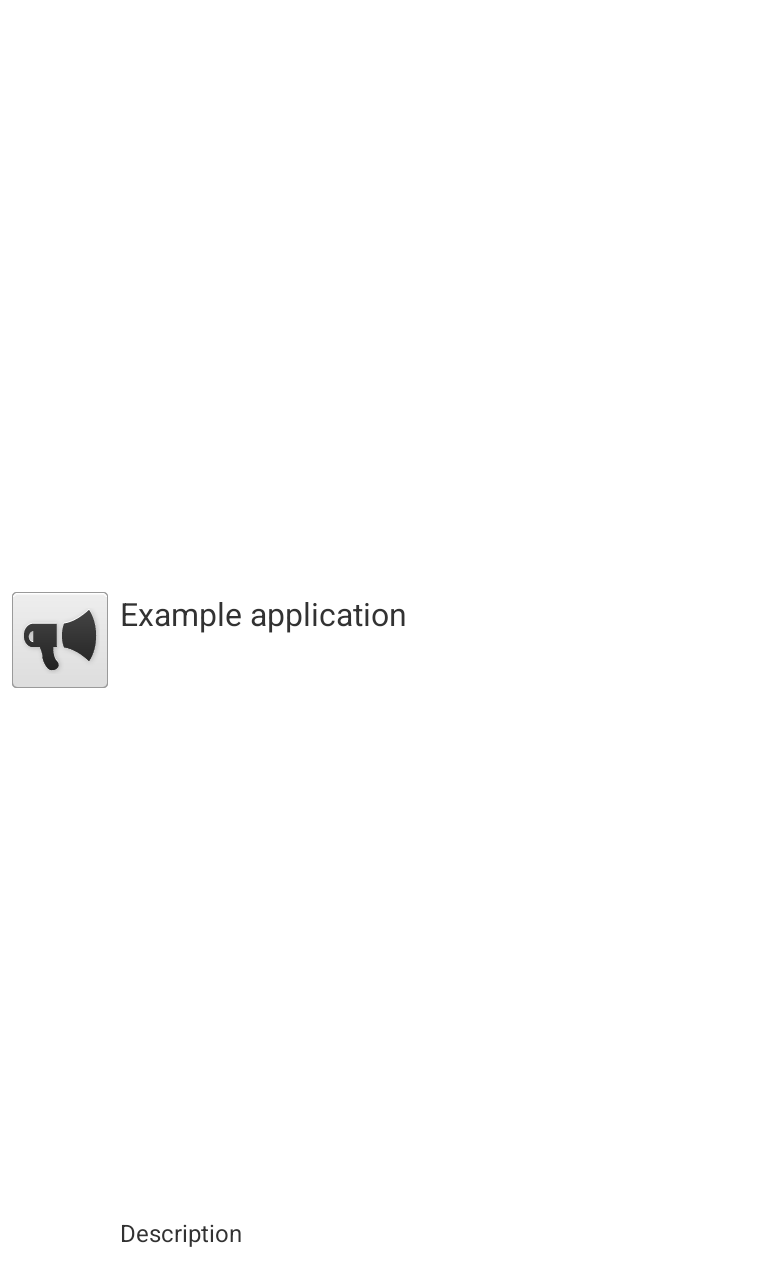
Repository: DeKaaskop/Android_1
Layout: Blogger_Inholland/res/layout/blog_listitem.xml
The author's editor kept a copy of each file at every save. The layout is drawn from the files as they stood at one save, then again after the next save.
It is drawn on a 768 x 1280 px phone screen (xhdpi) without system bars, with theme AppTheme; the app's code is not run.

Above is the layout before, as saved 2015-01-26 22:08:17.

### Blogger_Inholland/res/layout/blog_listitem.xml
<RelativeLayout xmlns:android="http://schemas.android.com/apk/res/android"
    android:layout_width="fill_parent"
    android:layout_height="?android:attr/listPreferredItemHeight"
    android:padding="6dip" >

    <ImageView
        android:id="@+id/blog_listitem_image"
        android:layout_width="wrap_content"
        android:layout_height="fill_parent"
        android:layout_alignParentBottom="true"
        android:layout_alignParentTop="true"
        android:layout_marginRight="6dip"
        android:contentDescription="@string/image_description"
        android:src="@drawable/ic_launcher" />

    <TextView
        android:id="@+id/blog_listitem_description"
        android:layout_width="fill_parent"
        android:layout_height="wrap_content"
        android:layout_above="@id/blog_listitem_title"
        android:layout_alignParentRight="true"
        android:layout_alignParentTop="true"
        android:layout_alignWithParentIfMissing="true"
        android:layout_toRightOf="@id/blog_listitem_image"
        android:gravity="center_vertical"
        android:text="Example application"
        android:textSize="16sp" />

    <TextView
        android:id="@+id/blog_listitem_title"
        android:layout_width="fill_parent"
        android:layout_height="26dip"
        android:layout_alignParentBottom="true"
        android:layout_alignParentRight="true"
        android:layout_toRightOf="@id/blog_listitem_image"
        android:ellipsize="marquee"
        android:singleLine="true"
        android:text="Description"
        android:textSize="12sp" />

</RelativeLayout>

### Blogger_Inholland/res/values/strings.xml
<?xml version="1.0" encoding="utf-8"?>
<resources>

    <string name="app_name">Blogger Inholland</string>
    <string name="title_activity_main">Blogger App</string>

    <!-- Bloglist Page -->
    <string name="image_description">Image</string>


    <!-- About Page -->
    <string name="title_activity_about">About</string>
    <string name="about_text">Lorem ipsum dolor sit amet, consectetur adipiscing elit. Integer gravida, elit ac ornare faucibus, risus purus dictum metus, venenatis ornare leo odio ut lectus. Suspendisse facilisis lectus auctor tortor imperdiet pretium. Proin non mi est, sit amet scelerisque mauris. Proin nunc arcu, viverra a consequat at, commodo sed justo. Nullam dignissim fringilla tortor, id pulvinar odio hendrerit et. Phasellus est nisl, consequat et mattis sed, scelerisque id mi. Nullam laoreet orci eros. Class aptent taciti sociosqu ad litora torquent per conubia nostra, per inceptos himenaeos. Class aptent taciti sociosqu ad litora torquent per conubia nostra, per inceptos himenaeos. Ut sit amet volutpat ligula. Aenean lacus tortor, feugiat eget interdum vel, auctor eu eros.
								Morbi velit diam, lobortis ac aliquam ut, suscipit at ipsum. Morbi imperdiet auctor mauris suscipit mattis. Curabitur interdum diam vestibulum est scelerisque semper. Nullam adipiscing feugiat mauris ut luctus. Donec ut posuere augue. Nam a pellentesque lacus. Morbi tempus, leo et fringilla imperdiet, dolor nisl ultricies diam, et egestas est eros non augue. Duis nec tortor dolor. Integer quis ligula purus. Nulla facilisi. Sed quis est vitae ligula auctor ut non nisi. Pellentesque vitae felis ut lectus semper laoreet in sit amet enim. Cras blandit condimentum leo, vitae venenatis felis vestibulum quis. Nunc lacinia scelerisque luctus. Pellentesque habitant morbi tristique senectus et netus et malesuada fames ac turpis egestas. Sed semper luctus magna ac imperdiet. Ut volutpat magna sed purus feugiat bibendum. Fusce quis ligula non tortor egestas scelerisque vitae quis nunc. Vestibulum pretium urna a neque ultrices condimentum. Morbi vitae libero lacus. Quisque mi ligula, vulputate ut ultrices vitae, ultrices quis mi. Sed lectus urna, euismod quis gravida nec, pharetra id tortor. Nam ultricies pulvinar magna non consectetur. Maecenas dignissim nulla porttitor dolor consequat molestie.</string>

    <!-- Profile Page -->
    <string name="title_activity_profile">Profile</string>
    <string name="profile_username">Jan</string>
    <string name="profile_description">Jan is de man!</string>
    <string name="profile_image_contentdescription">Profile picture</string>
    <string name="profile_edit_icon_title">Edit</string>

    <!-- Profile Edit Page -->
    <string name="title_activity_profile_edit">Profile Edit </string>
    <string name="profile_edit_username">Username</string>
    <string name="profile_edit_description">Description</string>
    <string name="profile_edit_description_profilepicture">Your profilepicture</string>
    <string name="profile_edit_save">Save</string>
    <string name="profile_save_edit_icon_title">Save</string>

    <!--  -->
    <string name="title_activity_post">New Post </string>
    <string name="post_edittext_title">Title!</string>
    <string name="post_edittext_description">Description!</string>
    <string name="btn_newpost_title">Post</string>
    <string name="post_iv_contentdescription">Search picture from gallery</string>
    <string name="title_activity_blogs">Posts</string>

    <!--
    <string name="add_message_title2">Choose Image</string>
    <string name="add_message_from_camera">From Camera</string>
    <string name="add_message_from_sd_card">From Sd Card</string>
     -->


</resources>

Loaded but not shown: Blogger_Inholland/res/values/styles.xml (common file); Blogger_Inholland/res/values-v11/styles.xml (common file); Blogger_Inholland/res/values-v14/styles.xml (common file)

After the next save:
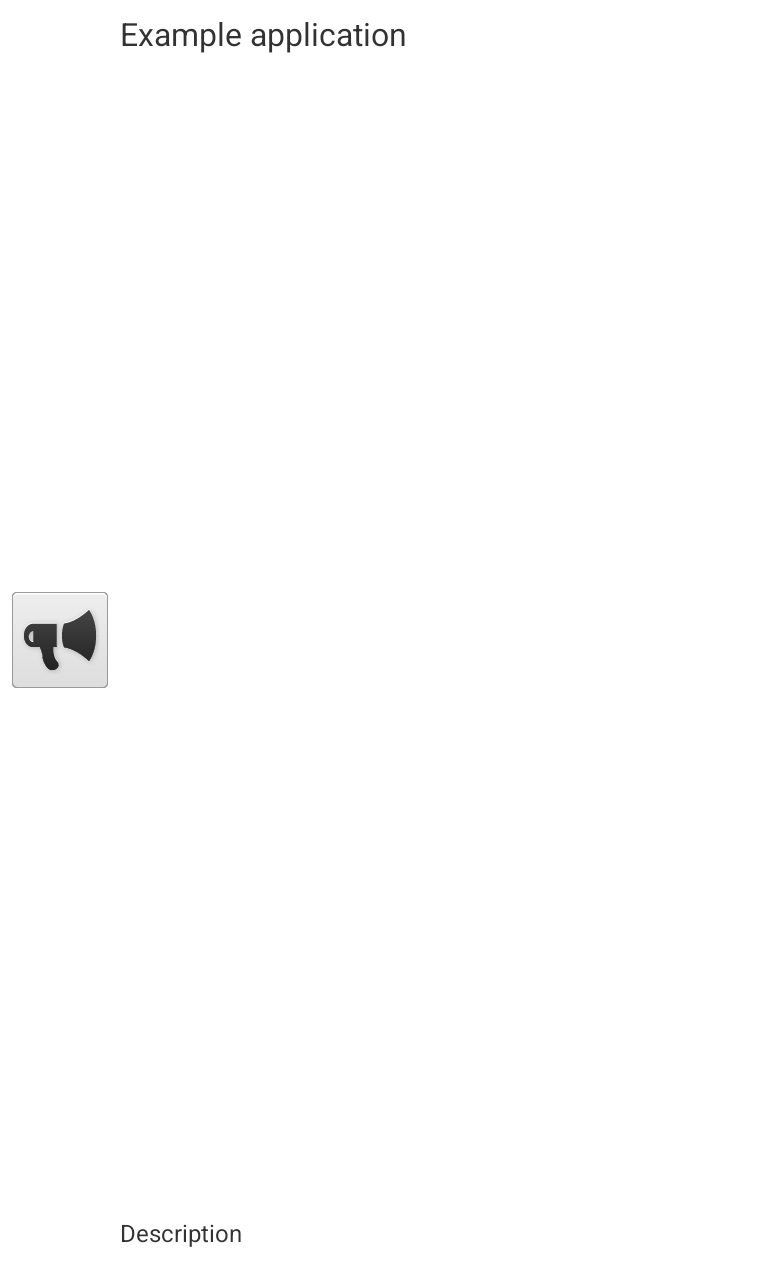
Saved 36 s later.
--- a/Blogger_Inholland/res/layout/blog_listitem.xml
+++ b/Blogger_Inholland/res/layout/blog_listitem.xml
@@ -17,7 +17,6 @@
         android:id="@+id/blog_listitem_description"
         android:layout_width="fill_parent"
         android:layout_height="wrap_content"
-        android:layout_above="@id/blog_listitem_title"
         android:layout_alignParentRight="true"
         android:layout_alignParentTop="true"
         android:layout_alignWithParentIfMissing="true"
